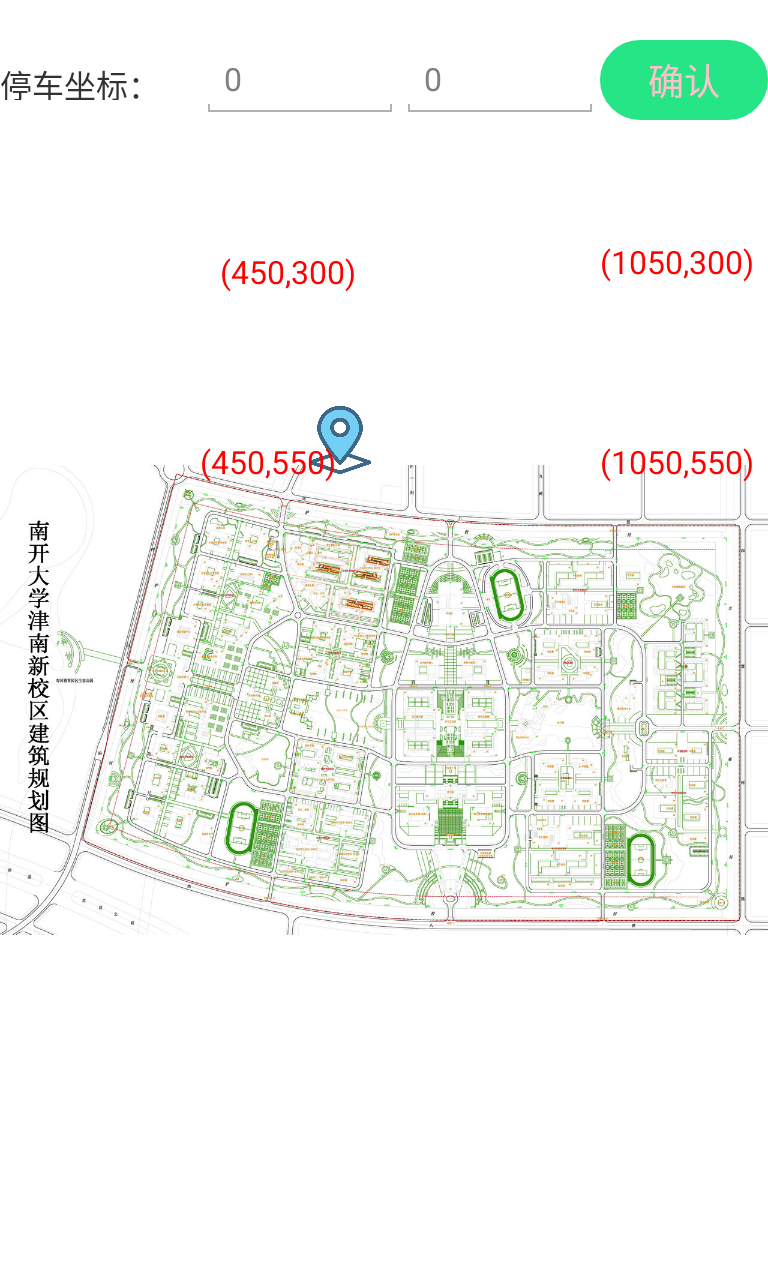
Repository: CovaWang/temporary_embedded
Layout: 7#车联·共享单车/代码/代码/res/layout/compass.xml
An editor plug-in stored every save of this project. The layout is shown before and after the next save, followed by the edit.
It is drawn on a 768 x 1280 px phone screen (xhdpi) without system bars, with theme AppTheme; the app's code is not run.

Above is the layout before, as saved 2024-04-25 12:10:58.

After the next save:
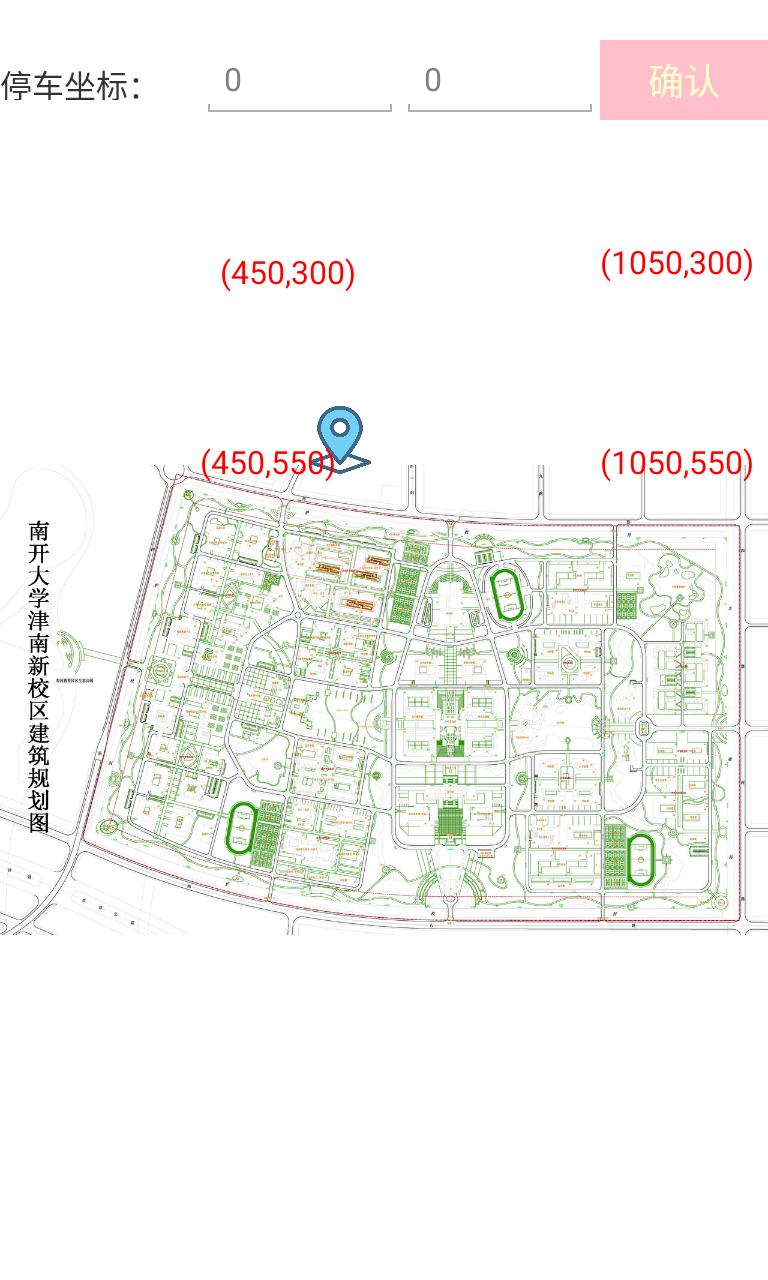
Saved 103 s later.
--- a/7#车联·共享单车/代码/代码/res/layout/compass.xml
+++ b/7#车联·共享单车/代码/代码/res/layout/compass.xml
@@ -42,9 +42,9 @@
         android:layout_height="40dp"
         android:layout_marginTop="20dp"
         android:layout_marginLeft="300dp"
-        android:background="@drawable/button_pressed"
+        android:background="#FFC0CB"
         android:text="确认"
-        android:textColor="#FFC0CB" />
+        android:textColor="#FFC" />
 
 
     <ImageView
